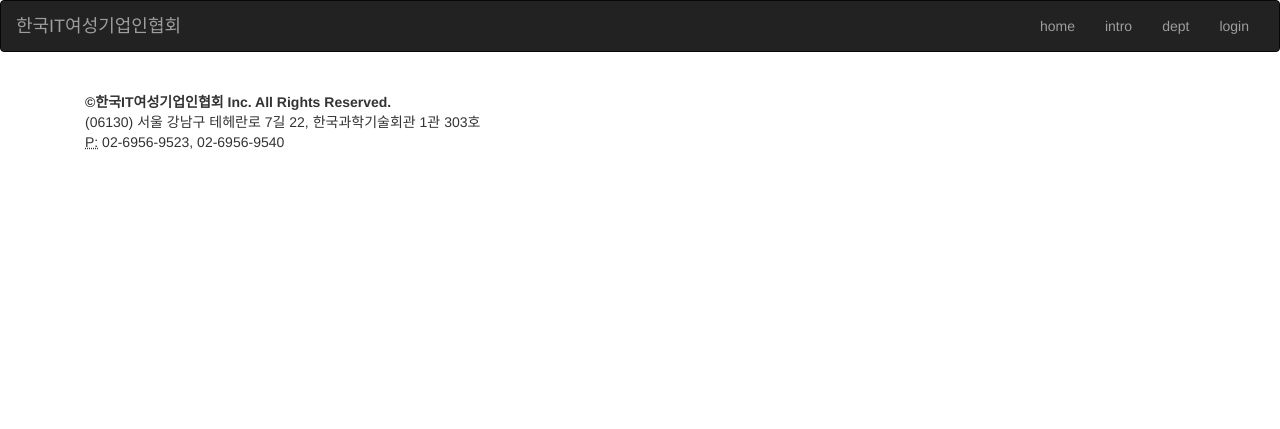
Repository: minho00123/sw-professional-training
Page: http://localhost/sts05/WEB-INF/views/intro.jsp
An editor plug-in stored every save of this project. The page is shown before and after the next save, followed by the edit.
The browser window is 1280 px wide. The pictures show the whole page.
The page is served by Tomcat 9. Nobody is signed in. Other server files are loaded and not shown. The template is opened directly, without the code that normally fills it, so the values that code supplies are empty.

Above is the page before, as saved 2025-05-19 05:09:19.

### stsWorkspace/sts05/src/main/webapp/WEB-INF/views/intro.jsp
<%@ page language="java" contentType="text/html; charset=UTF-8"
	pageEncoding="UTF-8"%>
<!DOCTYPE html>
<html>
<head>
<meta charset="UTF-8">
<title>Insert title here</title>
<%@ include file="layout/header.jspf"%>
</head>
<body>
	<%@ include file="layout/menu.jspf"%>
	<img alt="" src="">
	<%@ include file="layout/footer.jspf"%>
</body>
</html>

### stsWorkspace/sts05/src/main/webapp/WEB-INF/views/layout/header.jspf
<%@ page language="java" contentType="text/html; charset=UTF-8"
    pageEncoding="UTF-8"%>
<%@ taglib prefix="c" uri="http://java.sun.com/jsp/jstl/core" %>
<link rel="stylesheet" type="text/css"
	href="${pageContext.request.contextPath }/css/bootstrap.min.css">
<link rel="stylesheet" type="text/css"
	href="${pageContext.request.contextPath }/fonts/glyphicons-halflings-regular.ttf">
<!-- jQuery (necessary for Bootstrap's JavaScript plugins) -->
<script src="https://code.jquery.com/jquery-1.12.4.min.js"
	integrity="sha384-nvAa0+6Qg9clwYCGGPpDQLVpLNn0fRaROjHqs13t4Ggj3Ez50XnGQqc/r8MhnRDZ"
	crossorigin="anonymous"></script>
<script type="text/javascript"
	src="${pageContext.request.contextPath }/js/bootstrap.min.js"></script>

### stsWorkspace/sts05/src/main/webapp/WEB-INF/views/layout/menu.jspf
<%@ page language="java" contentType="text/html; charset=UTF-8"
    pageEncoding="UTF-8"%>
	<nav class="navbar navbar-inverse">
		<div class="container-fluid">
			<div class="navbar-header">
				<button type="button" class="navbar-toggle collapsed"
					data-toggle="collapse" data-target="#bs-example-navbar-collapse-1"
					aria-expanded="false">
					<span class="sr-only">Toggle navigation</span> <span
						class="icon-bar"></span> <span class="icon-bar"></span> <span
						class="icon-bar"></span>
				</button>
				<a class="navbar-brand" href="${pageContext.request.contextPath }/">
					한국IT여성기업인협회 </a>
			</div>
			<div class="collapse navbar-collapse"
				id="bs-example-navbar-collapse-1">
				<ul class="nav navbar-nav navbar-right">
					<li><a href="${pageContext.request.contextPath }/">home</a></li>
					<li><a href="${pageContext.request.contextPath }/intro">intro</a></li>
					<li><a href="${pageContext.request.contextPath }/dept/list">dept</a></li>
					<li><a href="${pageContext.request.contextPath }/login/">login</a></li>
				</ul>
			</div>
		</div>
	</nav>
	<div class="container">
		<div class="col-md-12">
			<!-- begin -->

### stsWorkspace/sts05/src/main/webapp/WEB-INF/views/layout/footer.jspf
<%@ page language="java" contentType="text/html; charset=UTF-8"
    pageEncoding="UTF-8"%>
<!-- end -->
		</div>
		<div class="col-md-12">
			<address>
				<strong>©한국IT여성기업인협회 Inc. All Rights Reserved.</strong><br>
				(06130) 서울 강남구 테헤란로 7길 22, 한국과학기술회관 1관 303호<br> <abbr
					title="Phone">P:</abbr> 02-6956-9523, 02-6956-9540
			</address>
		</div>
	</div>

Loaded but not shown: stsWorkspace/sts05/src/main/webapp/css/bootstrap.min.css (library); stsWorkspace/sts05/src/main/webapp/js/bootstrap.min.js (library)

After the next save:
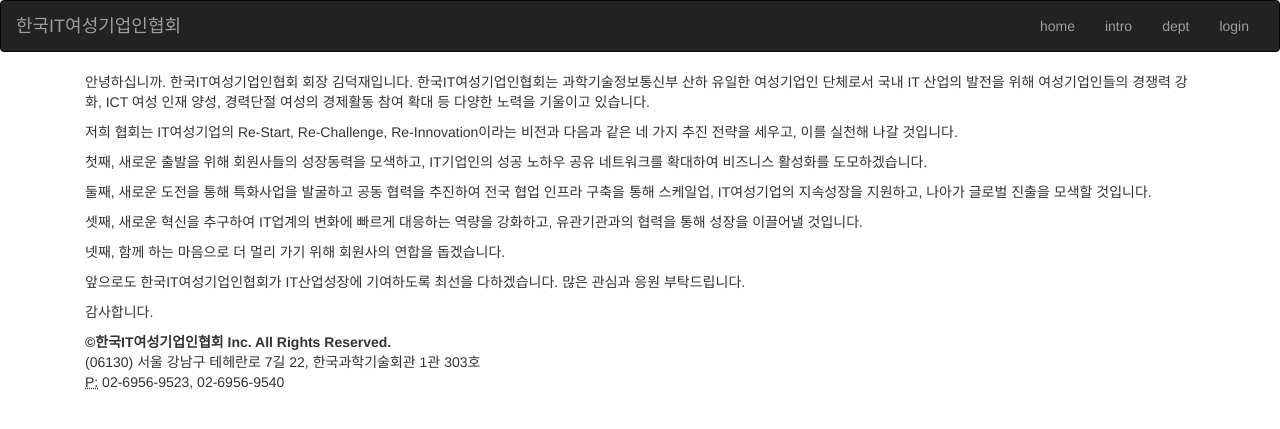
Saved 64 s later.
--- a/stsWorkspace/sts05/src/main/webapp/WEB-INF/views/intro.jsp
+++ b/stsWorkspace/sts05/src/main/webapp/WEB-INF/views/intro.jsp
@@ -9,7 +9,20 @@
 </head>
 <body>
 	<%@ include file="layout/menu.jspf"%>
-	<img alt="" src="">
+	<p>안녕하십니까. 한국IT여성기업인협회 회장 김덕재입니다. 한국IT여성기업인협회는 과학기술정보통신부 산하 유일한
+		여성기업인 단체로서 국내 IT 산업의 발전을 위해 여성기업인들의 경쟁력 강화, ICT 여성 인재 양성, 경력단절 여성의
+		경제활동 참여 확대 등 다양한 노력을 기울이고 있습니다.</p>
+	<p>저희 협회는 IT여성기업의 Re-Start, Re-Challenge, Re-Innovation이라는 비전과 다음과
+		같은 네 가지 추진 전략을 세우고, 이를 실천해 나갈 것입니다.</p>
+	<p>첫째, 새로운 출발을 위해 회원사들의 성장동력을 모색하고, IT기업인의 성공 노하우 공유 네트워크를 확대하여
+		비즈니스 활성화를 도모하겠습니다.</p>
+	<p>둘째, 새로운 도전을 통해 특화사업을 발굴하고 공동 협력을 추진하여 전국 협업 인프라 구축을 통해 스케일업,
+		IT여성기업의 지속성장을 지원하고, 나아가 글로벌 진출을 모색할 것입니다.</p>
+	<p>셋째, 새로운 혁신을 추구하여 IT업계의 변화에 빠르게 대응하는 역량을 강화하고, 유관기관과의 협력을 통해 성장을
+		이끌어낼 것입니다.</p>
+	<p>넷째, 함께 하는 마음으로 더 멀리 가기 위해 회원사의 연합을 돕겠습니다.</p>
+	<p>앞으로도 한국IT여성기업인협회가 IT산업성장에 기여하도록 최선을 다하겠습니다. 많은 관심과 응원 부탁드립니다.</p>
+	<p>감사합니다.</p>
 	<%@ include file="layout/footer.jspf"%>
 </body>
 </html>
